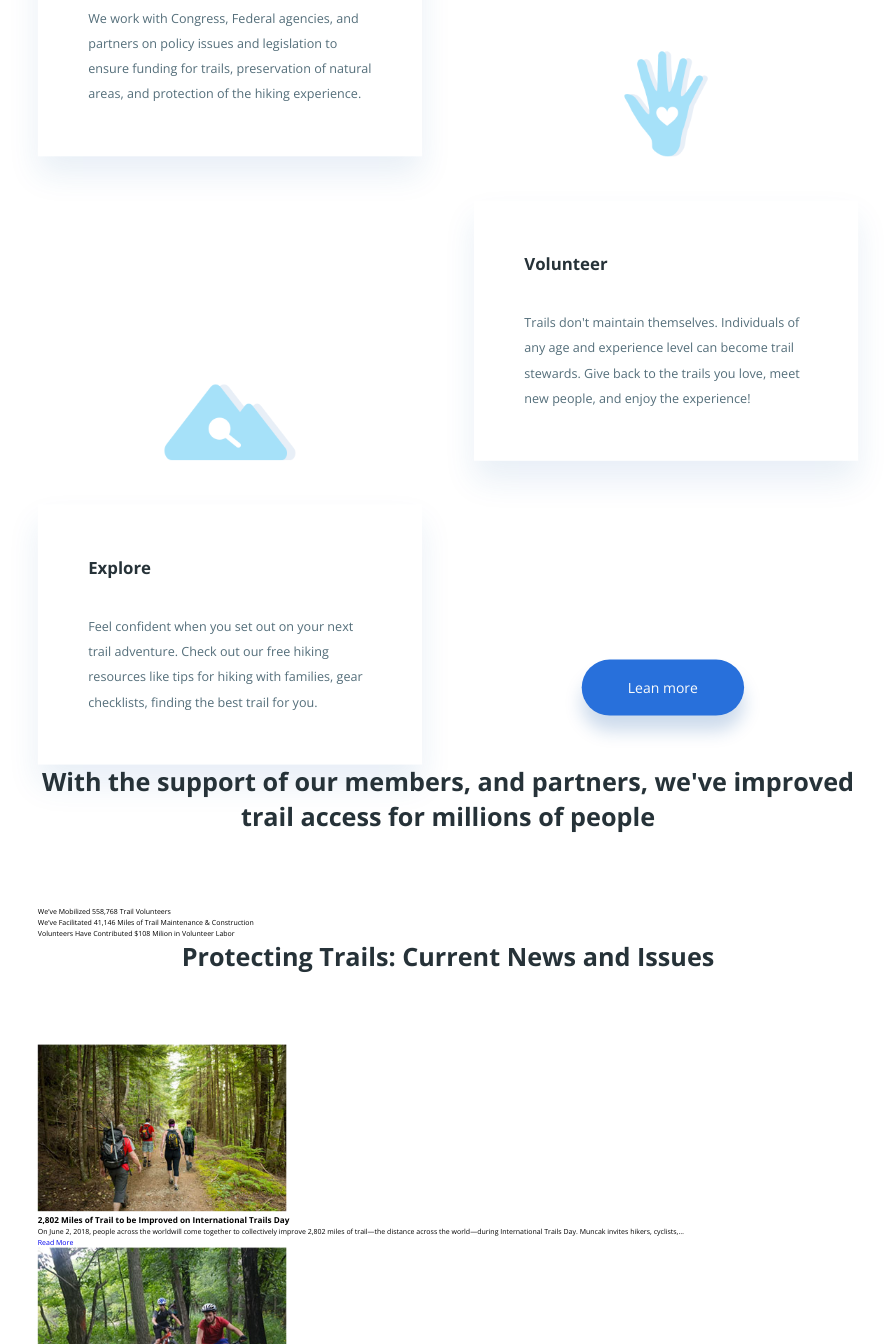
Repository: huubinh98/Project
Page: muncak/index.html
The author's editor kept a copy of each file at every save. The page is drawn from the files as they stood at one save, then again after the next save.
The browser window is 1280 px wide. The pictures show the part of the page from y = 1725 to 3645 px (the page is 4574 px tall), at 70% of full size.

Above is the page before, as saved 2021-08-28 19:14:01.

After the next save:
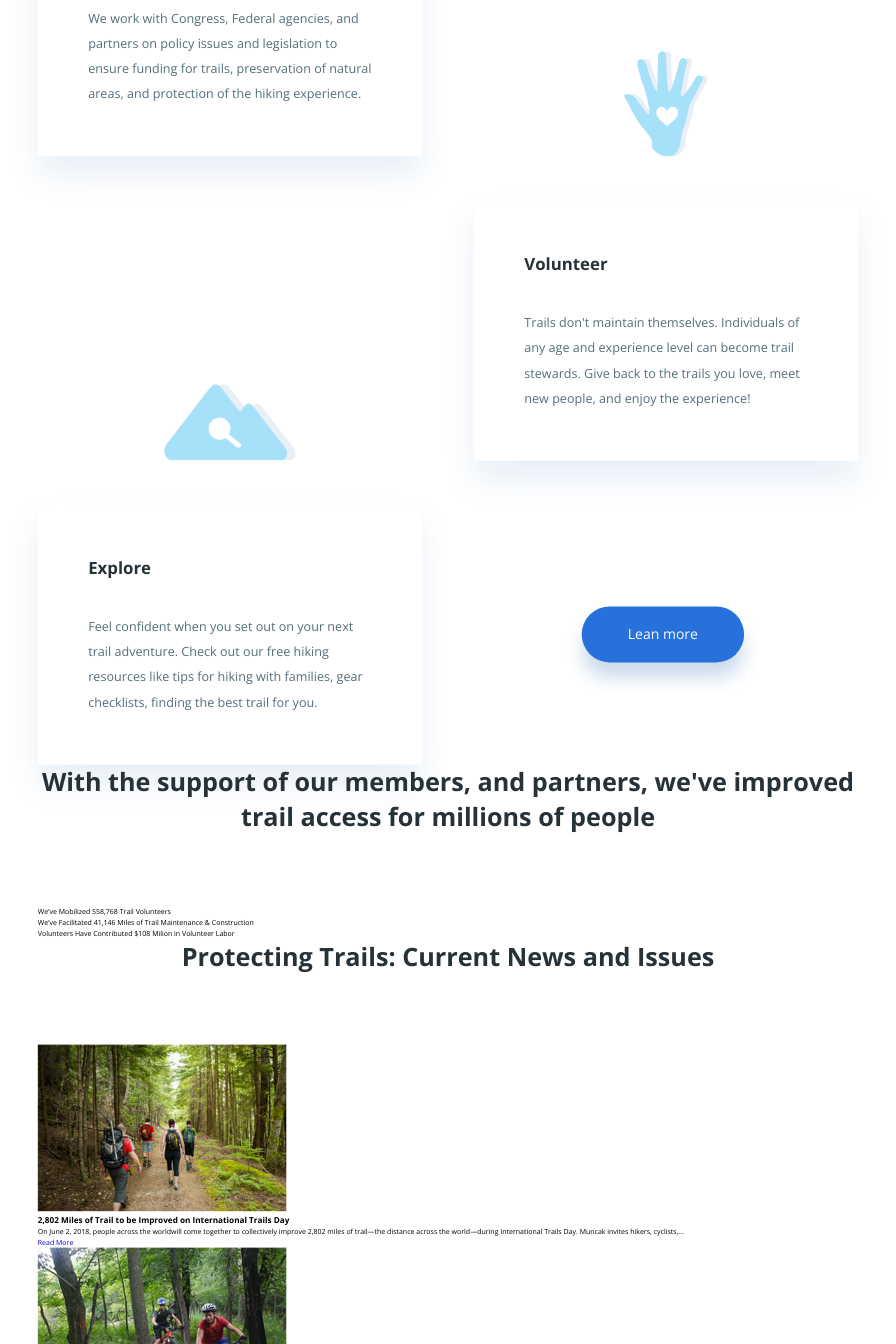
Saved 2 min 42 s later.
--- a/muncak/style.css
+++ b/muncak/style.css
@@ -180,5 +180,5 @@ a {
 .btn-about {
     float: right;
     margin-right: 163px;
-    margin-top: -150px;
+    margin-top: -226px;
 }
